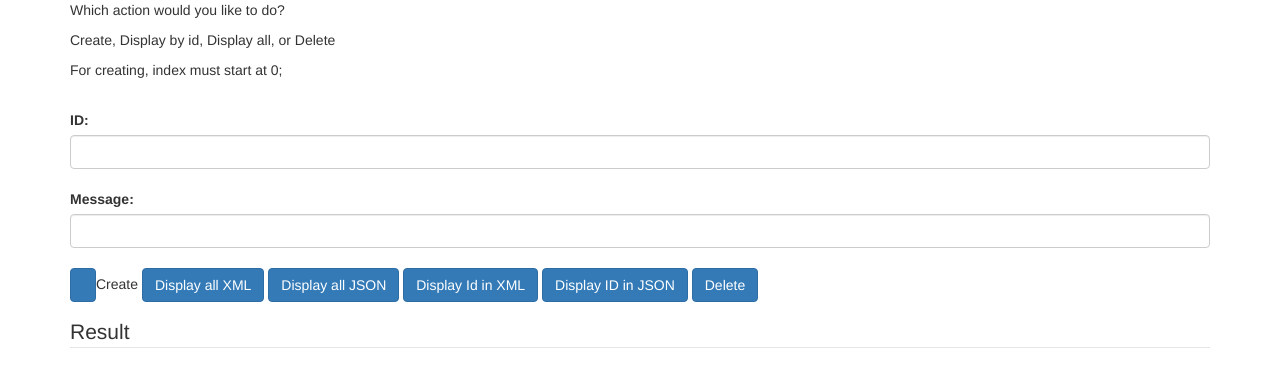
Repository: kddean/Lab4
Page: ToDoSystem/WebContent/ToDo.html
The author's editor kept a copy of each file at every save. The page is drawn from the files as they stood at one save, then again after the next save.
The browser window is 1280 px wide. The pictures show the whole page.

Above is the page before, as saved 2016-04-02 04:35:46.
Console error: SyntaxError: Unexpected token '}'

After the next save:
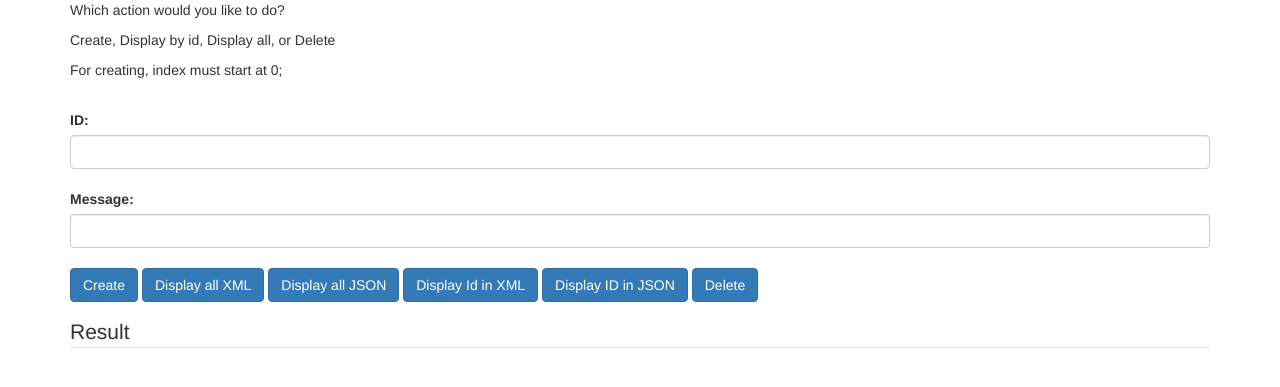
Saved 41 s later.
--- a/ToDoSystem/WebContent/ToDo.html
+++ b/ToDoSystem/WebContent/ToDo.html
@@ -21,7 +21,7 @@
 	<br>
 	<label>Message:</label><input type="text" class="form-control" id="message">
 	<br>
-	<input type="button" id="create"  class="btn btn-primary">Create</button>
+	<button type="button" id="create"  class="btn btn-primary">Create</button>
 	<button type="button" id="displayallxml"  class="btn btn-primary">Display all XML</button>
 	<button type="button" id="displayalljson"  class="btn btn-primary">Display all JSON</button>
 	<button type="button" id="displayxml" value="Submit" class="btn btn-primary">Display Id in XML</button>
